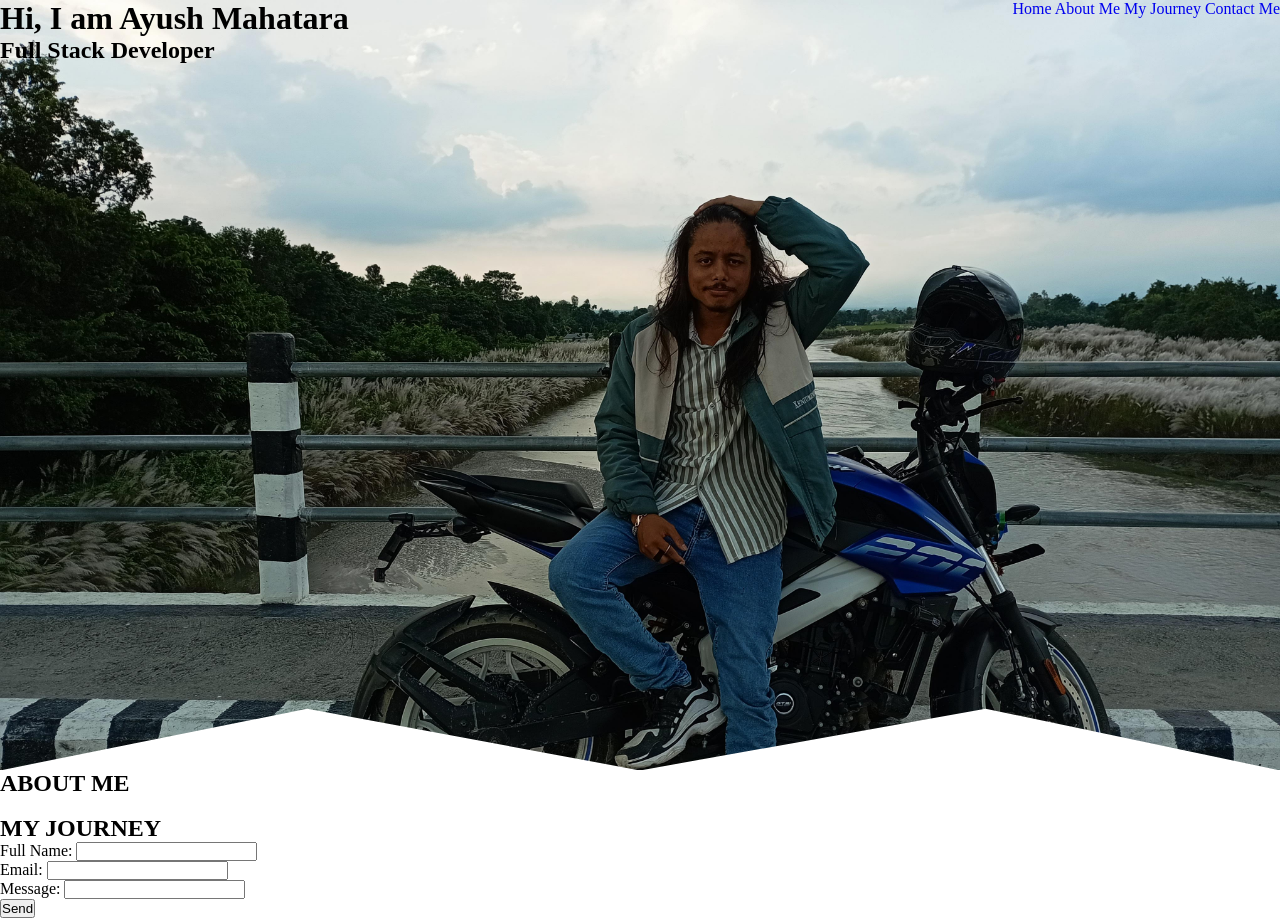
Repository: AyushMahatara/personal-website
Page: New folder/index.html
The author's editor kept a copy of each file at every save. The page is drawn from the files as they stood at one save, then again after the next save.
The browser window is 1280 px wide. The pictures show the whole page.
Backgrounds fixed to the window are drawn as part of the page.

Above is the page before, as saved 2023-07-19 22:48:32.

### New folder/index.html
<!DOCTYPE html>
<html lang="en">
  <head>
    <meta charset="UTF-8" />
    <meta name="viewport" content="width=device-width, initial-scale=1.0" />
    <title>GA</title>
  </head>

  <style>
    * {
      margin: 0;
      padding: 0;
      text-decoration: none;
    }
    header {
      background-image: url("/background.jpg");
      background-size: cover;
      background-position: top;
      background-repeat: no-repeat;
      background-attachment: fixed;
      width: 100%;
      height: 107vh;
      position: relative;
      clip-path: polygon(
        0 0,
        0 100%,
        24% 92%,
        50% 100%,
        77% 92%,
        100% 100%,
        100% 0
      );

      overflow: hidden;
    }

    nav {
      float: right;
      padding: 100;
    }
  </style>
  <body>
    <header>
      <div class="first">
        <div>
          <nav>
            <a href="#">Home</a>
            <a href="#">About Me</a>
            <a href="#">My Journey</a>
            <a href="#">Contact Me</a>
            <!-- <a href="#">Home</a> -->
          </nav>
        </div>
        <div>
          <h1>Hi, I am Ayush Mahatara</h1>
          <h2>Full Stack Developer</h2>
          <img src="" alt="" />
        </div>
      </div>
    </header>
    <div class="second">
      <h2>ABOUT ME</h2>
      <div class="profilePic">
        <img src="" alt="" />
      </div>
      <div class="aboutMe"></div>
    </div>

    <div class="third">
      <h2>MY JOURNEY</h2>
      <div class="experience"></div>
    </div>

    <div class="contactMe">
      <div>
        <form action="">
          <div>
            <label for="">Full Name:</label>
            <input type="text" />
          </div>
          <div>
            <label for="">Email:</label>
            <input type="email" required />
          </div>
          <div>
            <label for="">Message:</label>
            <input type="textarea" />
            <div>
              <button type="submit">Send</button>
            </div>
          </div>
        </form>
      </div>
    </div>

    <footer>
      <div>
        <div>
          <a href=""></a>
          <a href=""></a>
        </div>
      </div>
    </footer>
  </body>
</html>

After the next save:
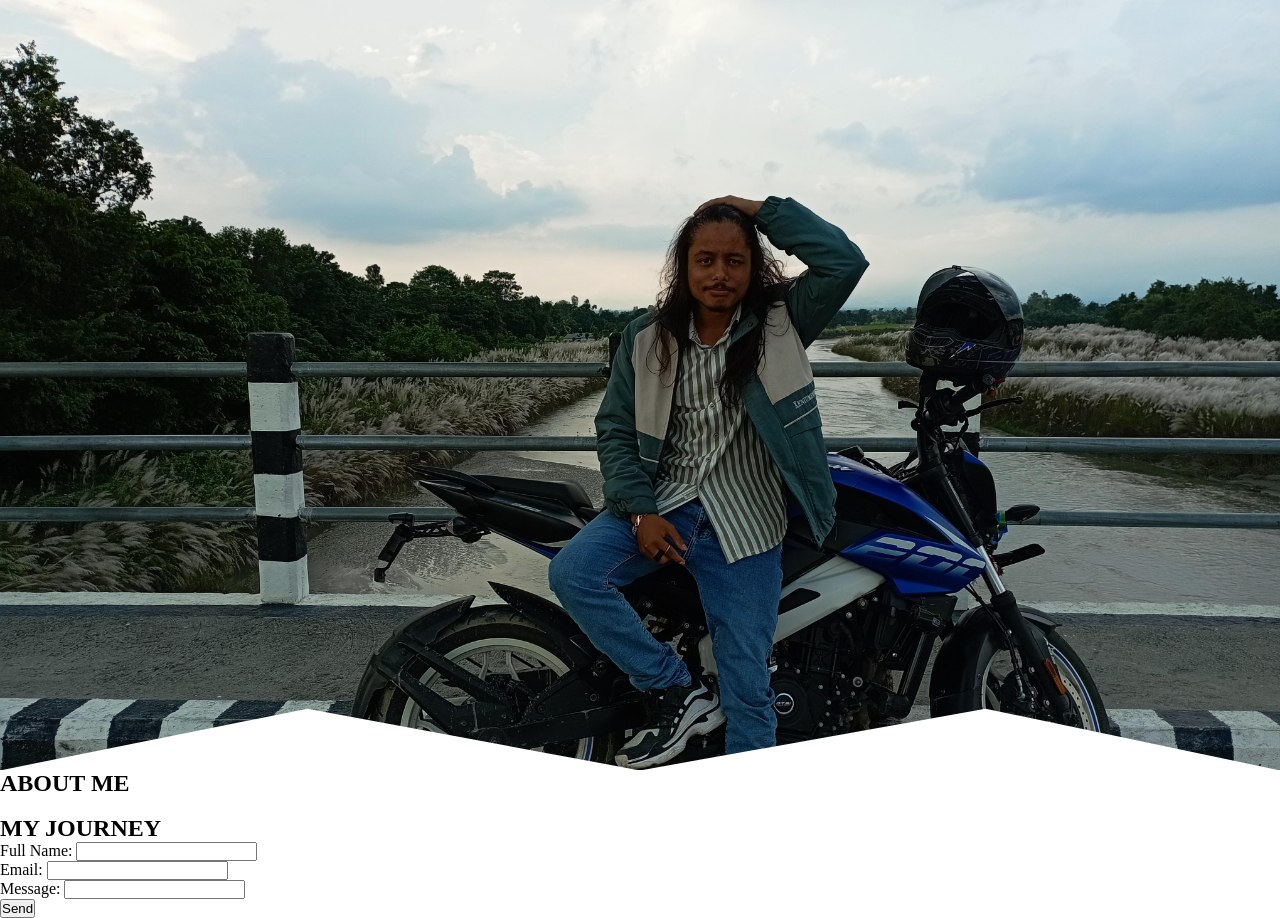
Saved 4 s later.
--- a/New folder/index.html
+++ b/New folder/index.html
@@ -36,7 +36,7 @@
 
     nav {
       float: right;
-      padding: 100;
+      padding: 1000px;
     }
   </style>
   <body>
